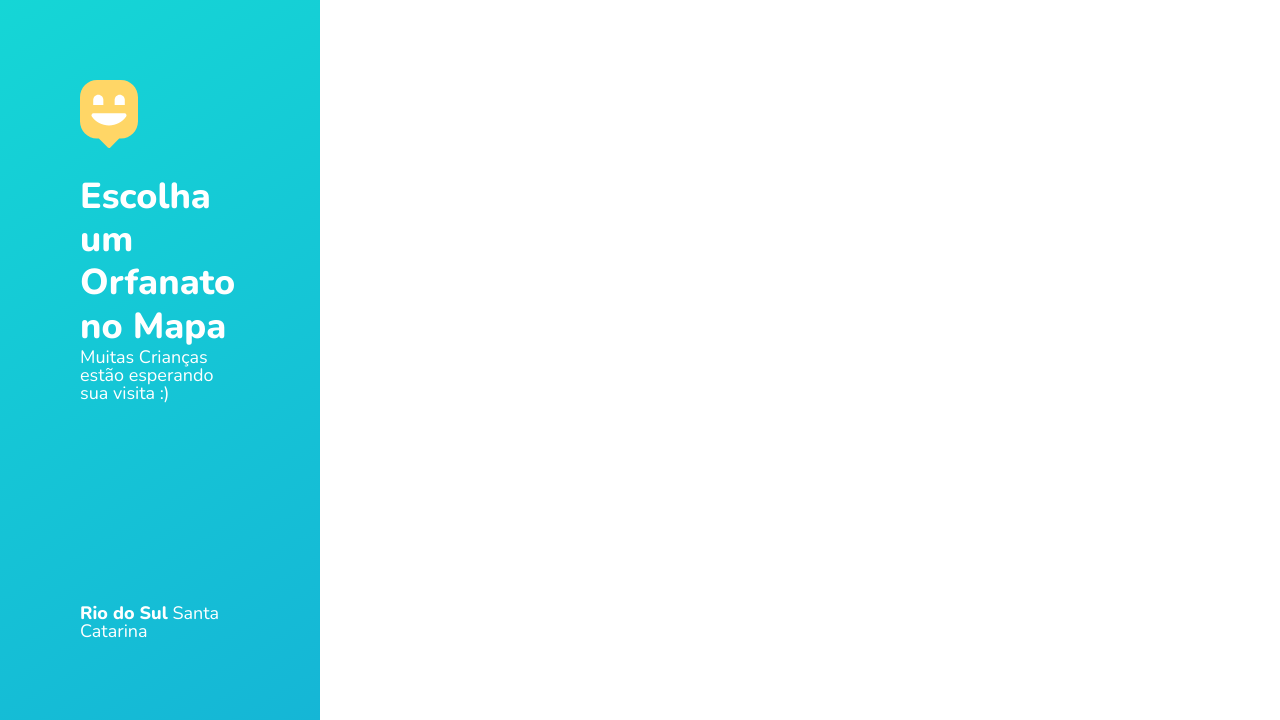
Repository: TeoNogueira/nlw3-rocketseatproject
Page: orphanages.html
These files come from the project's save history. The page is drawn as it stood at one moment and after the next save; the edit follows.
The browser window is 1280 px wide. The pictures show the whole page.

Above is the page before, as saved 2020-10-13 17:07:19.

After the next save:
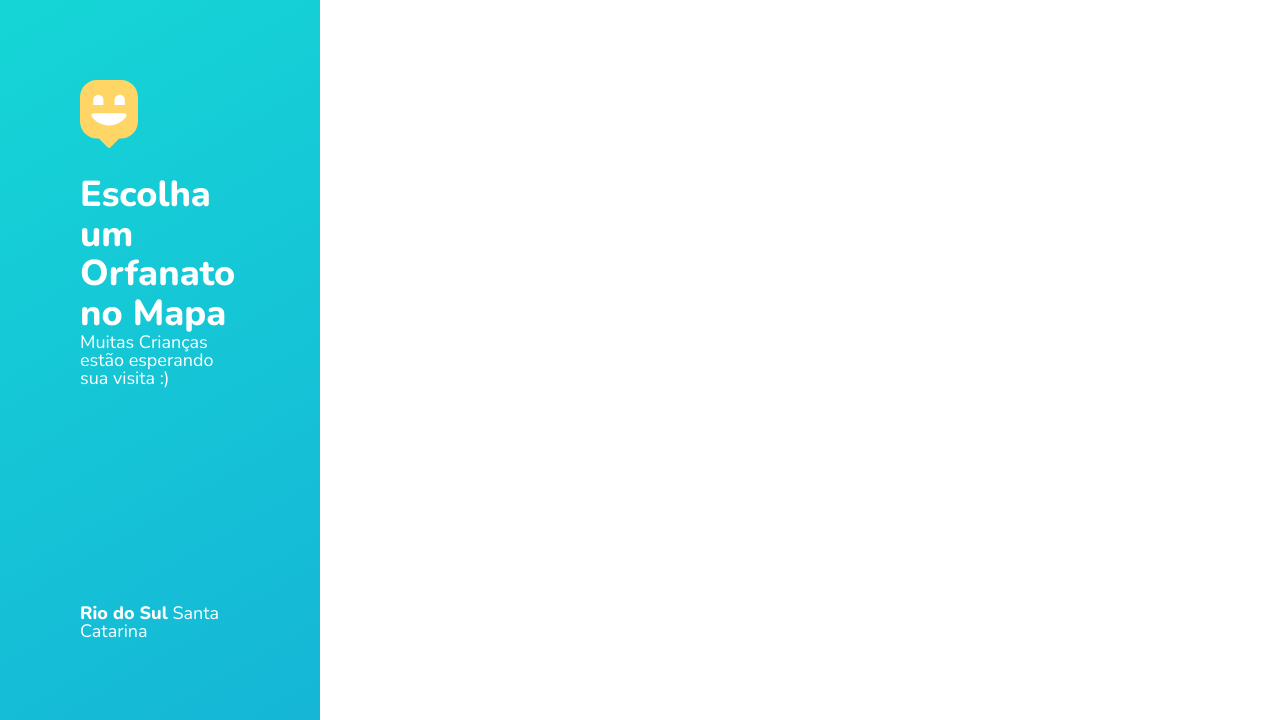
Saved 5 s later.
--- a/public/css/page-orphanages.css
+++ b/public/css/page-orphanages.css
@@ -22,7 +22,7 @@
 }
 
 aside h2 { margin-top: 2.4rem;
-    font: 800 3.6rem/1.2 'Nunito', sans-serif;
+    font: 800 3.6rem/1.1 'Nunito', sans-serif;
 
 
 
